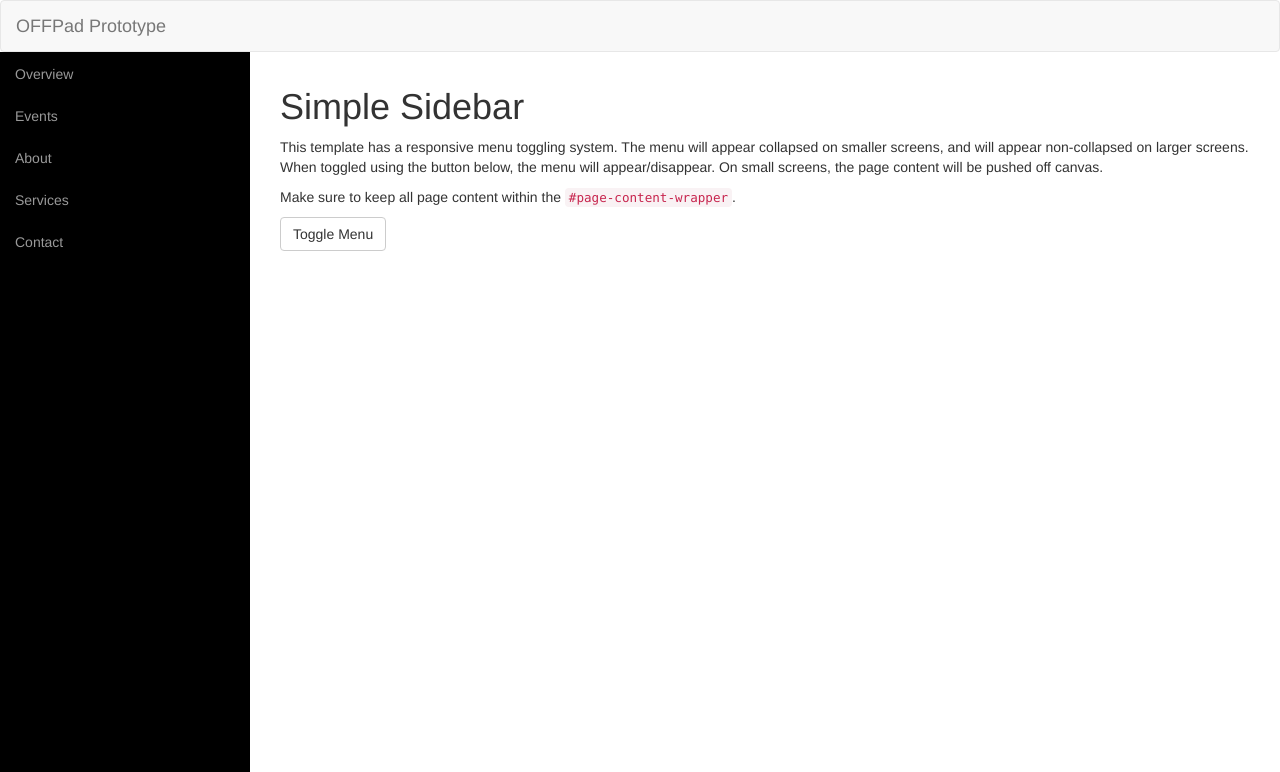
Repository: sijangurung/OFFPad-Projects
Page: Web App Workspace/OffPad WebApp/WebContent/index.html
These files come from the project's save history. The page is drawn as it stood at one moment and after the next save; the edit follows.
The browser window is 1280 px wide. The pictures show the whole page.

Above is the page before, as saved 2015-12-29 16:02:41.

### Web App Workspace/OffPad WebApp/WebContent/index.html
<!DOCTYPE html>
<html lang="en">

<head>

    <meta charset="utf-8">
    <meta http-equiv="X-UA-Compatible" content="IE=edge">
    <meta name="viewport" content="width=device-width, initial-scale=1">
    <meta name="description" content="">
    <meta name="author" content="">

    <title>Simple Sidebar - Start Bootstrap Template</title>

    <!-- Bootstrap Core CSS -->
    <link href="styles/bootstrap.min.css" rel="stylesheet">

    <!-- Custom CSS -->
    <link href="styles/simple-sidebar.css" rel="stylesheet">

    <!-- HTML5 Shim and Respond.js IE8 support of HTML5 elements and media queries -->
    <!-- WARNING: Respond.js doesn't work if you view the page via file:// -->
    <!--[if lt IE 9]>
        <script src="https://oss.maxcdn.com/libs/html5shiv/3.7.0/html5shiv.js"></script>
        <script src="https://oss.maxcdn.com/libs/respond.js/1.4.2/respond.min.js"></script>
    <![endif]-->

</head>

<body>
<nav class="navbar navbar-default no-margin">
    <!-- Brand and toggle get grouped for better mobile display -->
                <div class="navbar-header fixed-brand">
                    <a class="navbar-brand" href="#"><i class="fa fa-rocket fa-4"></i> OFFPad Prototype </a>
                </div><!-- navbar-header-->
    </nav>
<div id="wrapper">
        <!-- Sidebar -->
        <div id="sidebar-wrapper">
            <ul class="sidebar-nav nav-pills nav-stacked" id="menu">
                <li>
                    <a href="#"><span class="fa-stack fa-lg pull-left"><i class="fa fa-cloud-download fa-stack-1x "></i></span>Overview</a>
                </li>
                <li>
                    <a href="#"> <span class="fa-stack fa-lg pull-left"><i class="fa fa-cart-plus fa-stack-1x "></i></span>Events</a>
                </li>
                <li>
                    <a href="#"><span class="fa-stack fa-lg pull-left"><i class="fa fa-youtube-play fa-stack-1x "></i></span>About</a>
                </li>
                <li>
                    <a href="#"><span class="fa-stack fa-lg pull-left"><i class="fa fa-wrench fa-stack-1x "></i></span>Services</a>
                </li>
                <li>
                    <a href="#"><span class="fa-stack fa-lg pull-left"><i class="fa fa-server fa-stack-1x "></i></span>Contact</a>
                </li>
            </ul>
        </div><!-- /#sidebar-wrapper -->

        <!-- Page Content -->
        <div id="page-content-wrapper">
            <div class="container-fluid">
                <div class="row">
                    <div class="col-lg-12">
                        <h1>Simple Sidebar</h1>
                        <p>This template has a responsive menu toggling system. The menu will appear collapsed on smaller screens, and will appear non-collapsed on larger screens. When toggled using the button below, the menu will appear/disappear. On small screens, the page content will be pushed off canvas.</p>
                        <p>Make sure to keep all page content within the <code>#page-content-wrapper</code>.</p>
                        <a href="#menu-toggle" class="btn btn-default" id="menu-toggle">Toggle Menu</a>
                    </div>
                </div>
            </div>

        </div>
        <!-- /#page-content-wrapper -->

    </div>
    <!-- /#wrapper -->

    <!-- jQuery -->
    <script src="js/jquery.js"></script>

    <!-- Bootstrap Core JavaScript -->
    <script src="js/bootstrap.min.js"></script>

    <!-- Menu Toggle Script -->
    <script>
    $("#menu-toggle").click(function(e) {
        e.preventDefault();
        $("#wrapper").toggleClass("toggled");
    });
    </script>

</body>

</html>

### Web App Workspace/OffPad WebApp/WebContent/styles/simple-sidebar.css
* Toggle Styles */

 #wrapper {
    padding-left: 0;
    -webkit-transition: all 0.5s ease;
    -moz-transition: all 0.5s ease;
    -o-transition: all 0.5s ease;
    transition: all 0.5s ease;
    overflow: hidden;
}

#wrapper.toggled {
    padding-left: 250px;
    overflow: scroll;
}

#sidebar-wrapper {
    z-index: 1000;
    position: absolute;
    left: 250px;
    width: 0;
    height: 100%;
    margin-left: -250px;
    overflow-y: auto;
    background: #000;
    -webkit-transition: all 0.5s ease;
    -moz-transition: all 0.5s ease;
    -o-transition: all 0.5s ease;
    transition: all 0.5s ease;
}
#wrapper.toggled #sidebar-wrapper {
    width: 250px;
}

#page-content-wrapper {
    position: absolute;
    padding: 15px;
    width: 100%;
    overflow-x: hidden;
}
.xyz{
    min-width: 360px;
}
#wrapper.toggled #page-content-wrapper {
    position: relative;
    margin-right: 0px;
}
.fixed-brand{
    width: auto;
}
/* Sidebar Styles */

.sidebar-nav {
    position: absolute;
    top: 0;
    width: 250px;
    margin: 0;
    padding: 0;
    list-style: none;
    margin-top: 2px;
}

.sidebar-nav li {
    text-indent: 15px;
    line-height: 40px;
}

.sidebar-nav li a {
    display: block;
    text-decoration: none;
    color: #999999;
}

.sidebar-nav li a:hover {
    text-decoration: none;
    color: #fff;
    background: rgba(255,255,255,0.2);
    border-left: red 2px solid;
}

.sidebar-nav li a:active,
.sidebar-nav li a:focus {
    text-decoration: none;
}

.sidebar-nav > .sidebar-brand {
    height: 65px;
    font-size: 18px;
    line-height: 60px;
}

.sidebar-nav > .sidebar-brand a {
    color: #999999;
}

.sidebar-nav > .sidebar-brand a:hover {
    color: #fff;
    background: none;
}
.no-margin{
    margin:0;
}

@media(min-width:768px) {
    #wrapper {
        padding-left: 250px;
    }
    .fixed-brand{
        width: 250px;
    }
    #wrapper.toggled {
        padding-left: 0;
    }

    #sidebar-wrapper {
        width: 250px;
    }

    #wrapper.toggled #sidebar-wrapper {
        width: 250px;
    }
    #wrapper.toggled-2 #sidebar-wrapper {
        width: 50px;
    }
    #wrapper.toggled-2 #sidebar-wrapper:hover {
        width: 250px;
    }


    #page-content-wrapper {
        padding: 20px;
        position: relative;
        -webkit-transition: all 0.5s ease;
        -moz-transition: all 0.5s ease;
        -o-transition: all 0.5s ease;
        transition: all 0.5s ease;
    }

    #wrapper.toggled #page-content-wrapper {
        position: relative;
        margin-right: 0;
        padding-left: 250px;
    }
    #wrapper.toggled-2 #page-content-wrapper {
        position: relative;
        margin-right: 0;
        margin-left: -200px;
        -webkit-transition: all 0.5s ease;
        -moz-transition: all 0.5s ease;
        -o-transition: all 0.5s ease;
        transition: all 0.5s ease;
        width: auto;

    }
}

Loaded but not shown: Web App Workspace/OffPad WebApp/WebContent/styles/bootstrap.min.css (library); Web App Workspace/OffPad WebApp/WebContent/js/jquery.js (library); Web App Workspace/OffPad WebApp/WebContent/js/bootstrap.min.js (library)

After the next save:
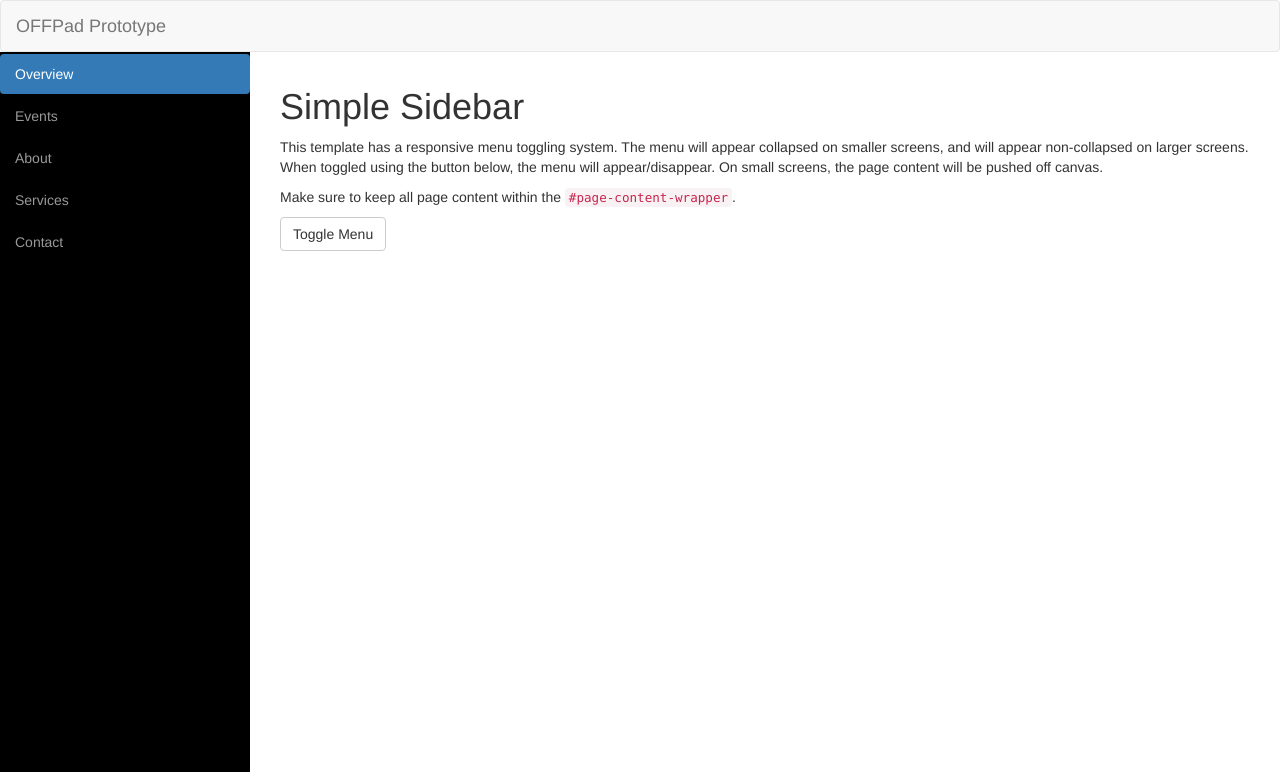
Saved 7 s later.
--- a/Web App Workspace/OffPad WebApp/WebContent/index.html
+++ b/Web App Workspace/OffPad WebApp/WebContent/index.html
@@ -37,7 +37,7 @@
         <!-- Sidebar -->
         <div id="sidebar-wrapper">
             <ul class="sidebar-nav nav-pills nav-stacked" id="menu">
-                <li>
+                <li class="active">
                     <a href="#"><span class="fa-stack fa-lg pull-left"><i class="fa fa-cloud-download fa-stack-1x "></i></span>Overview</a>
                 </li>
                 <li>
